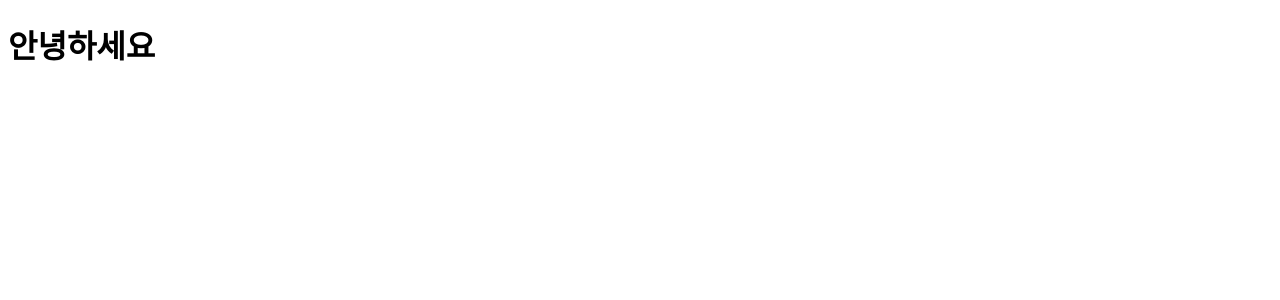
Repository: 6dreamhigh/jsp
Page: http://localhost/JSPBook/NewFile.jsp
The author's editor kept a copy of each file at every save. The page is drawn from the files as they stood at one save, then again after the next save.
The browser window is 1280 px wide. The pictures show the whole page.
The page is served by Tomcat 9.

Above is the page before, as saved 2024-08-12 03:19:51.

### JSPBook/src/main/webapp/NewFile.jsp
<%@ page language="java" contentType="text/html; charset=EUC-KR"
    pageEncoding="EUC-KR"%>
<!DOCTYPE html>
<html>
<head>
<meta charset="EUC-KR">
<title>Insert title here</title>
</head>
<body>
<h1>안녕하세요</h1>
</body>
</html>

After the next save:
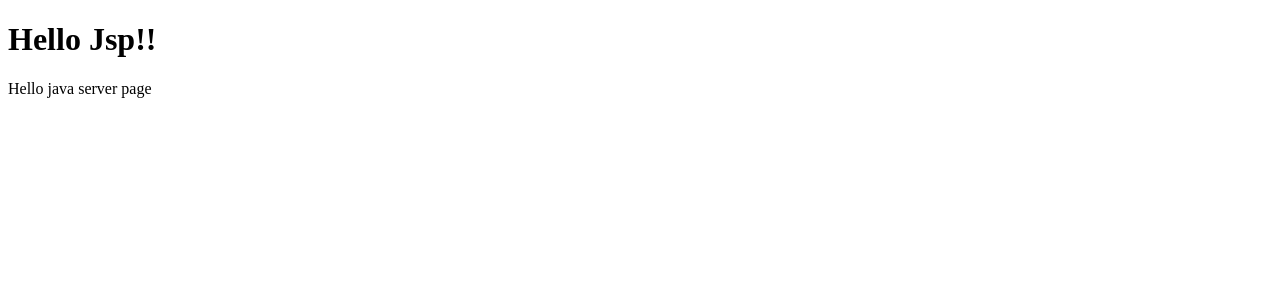
Saved 112 min 3 s later.
--- a/JSPBook/src/main/webapp/NewFile.jsp
+++ b/JSPBook/src/main/webapp/NewFile.jsp
@@ -7,6 +7,7 @@
 <title>Insert title here</title>
 </head>
 <body>
-<h1>안녕하세요</h1>
+<h1>Hello Jsp!!</h1>
+Hello java server page
 </body>
 </html>
